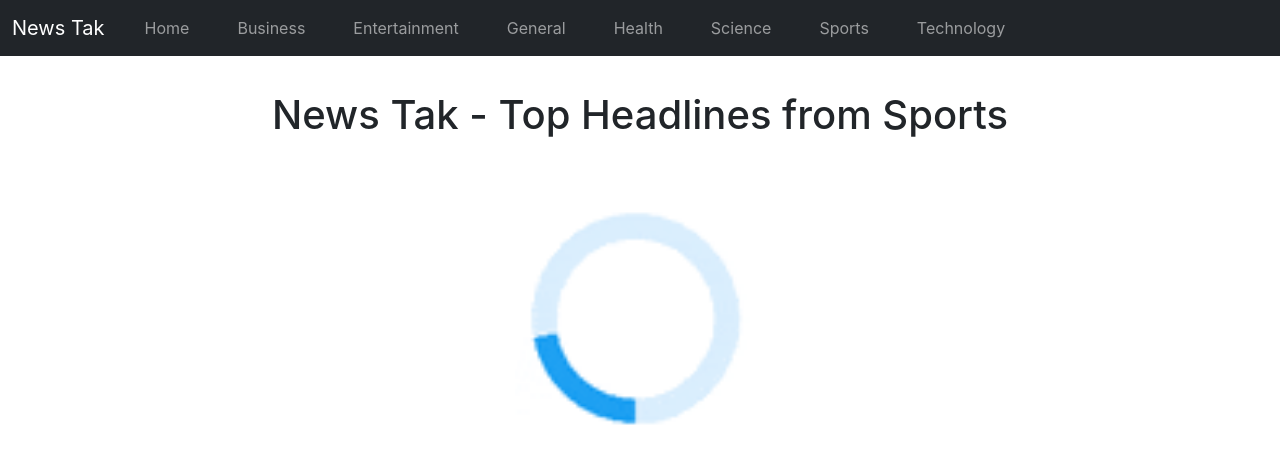
Repository: Rohit-foryou/News-website
Page: /sports
The author's editor kept a copy of each file at every save. The page is drawn from the files as they stood at one save, then again after the next save.
The browser window is 1280 px wide. The pictures show the whole page.
The page's requests for data from a server got no answer. The project was rebuilt for these pictures with package versions that can differ from the ones it lists, and the page was loaded fresh each time. No one was signed in, and anything a server would have sent is missing. Also part of the build but not shown: src/Components/NewsItem.js.

Above is the page before, as saved 2024-01-12 10:42:48.

After the next save:
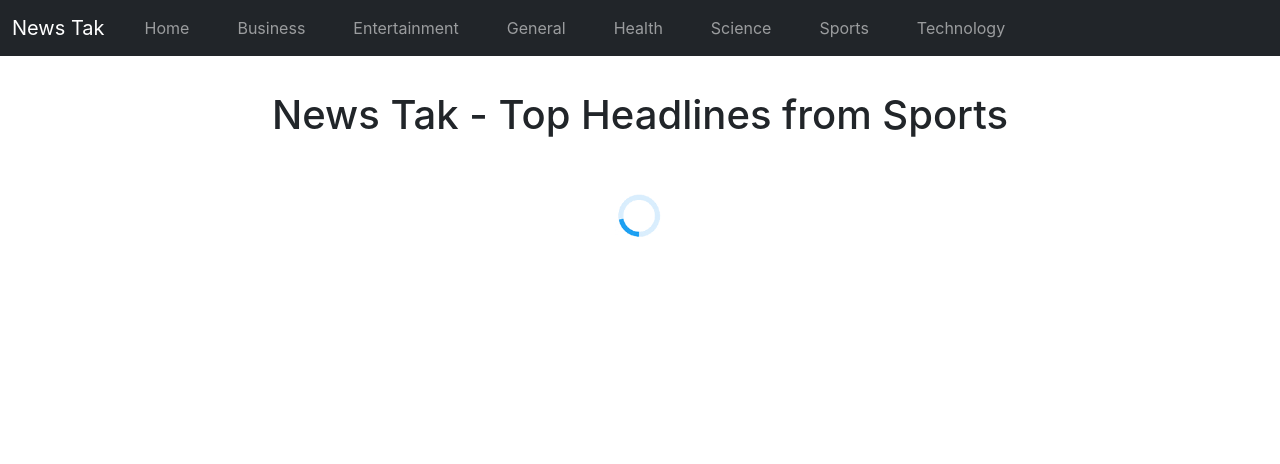
Saved 4 min 52 s later.
--- a/src/Components/Spinner.js
+++ b/src/Components/Spinner.js
@@ -5,7 +5,7 @@ import giphy from './giphy.gif'
 const Spinner = () => {
   return (
     <div className='text-center my-3'>
-      <img src={giphy} alt="loading" style={{ width: '250px', height: '250px' }} />
+      <img src={giphy} alt="loading" style={{ width: '50px', height: '50px' }} />
     </div>
   );
 }
